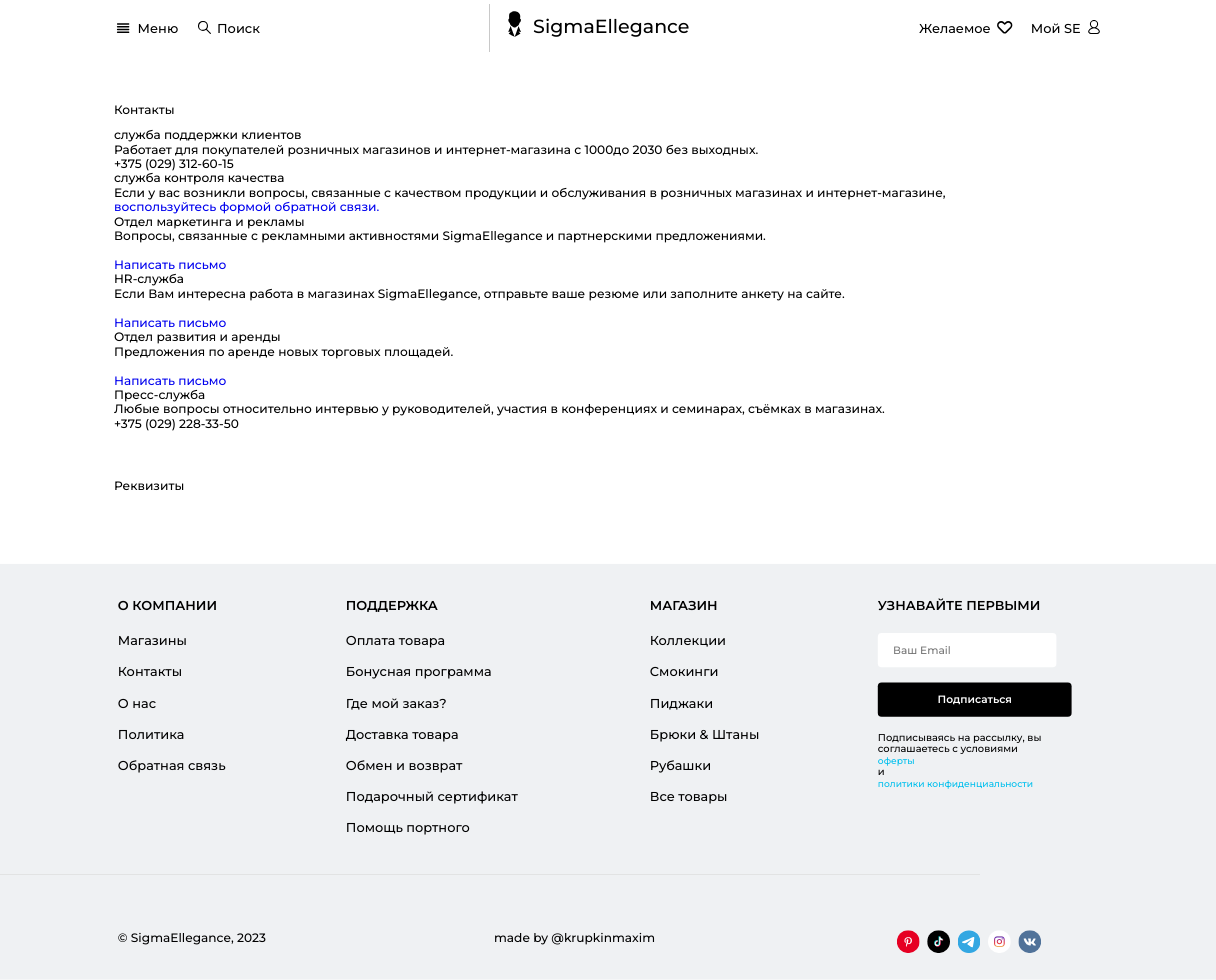
Repository: MaksimKrupkin/SigmaEllegance
Page: /contacts
An editor plug-in stored every save of this project. The page is shown before and after the next save, followed by the edit.
The browser window is 1280 px wide. The page is 1600 px wide, so the pictures cover 1600 px, including what lies to the right of the window. The pictures show the whole page, at 76% of full size.
Some web fonts or font styles are not loaded; a fallback is used. The project was rebuilt for these pictures with package versions that can differ from the ones it lists, and the page was loaded fresh each time. Also part of the build but not shown: src/Components/SideBar/SideBar.module.css, src/Components/SideBar/SideBar.jsx, src/Pages/HomePage.module.css, src/Components/SliderWrapper/SliderWrapper.module.css, src/Components/SliderCard/SliderCard.module.css, src/Components/SliderCard/SliderCard.jsx, src/Components/LeftArrow/LeftArrow.module.css, src/Components/LeftArrow/LeftArrow.jsx and 25 more.

Above is the page before, as saved 2023-12-18 17:09:17.

After the next save:
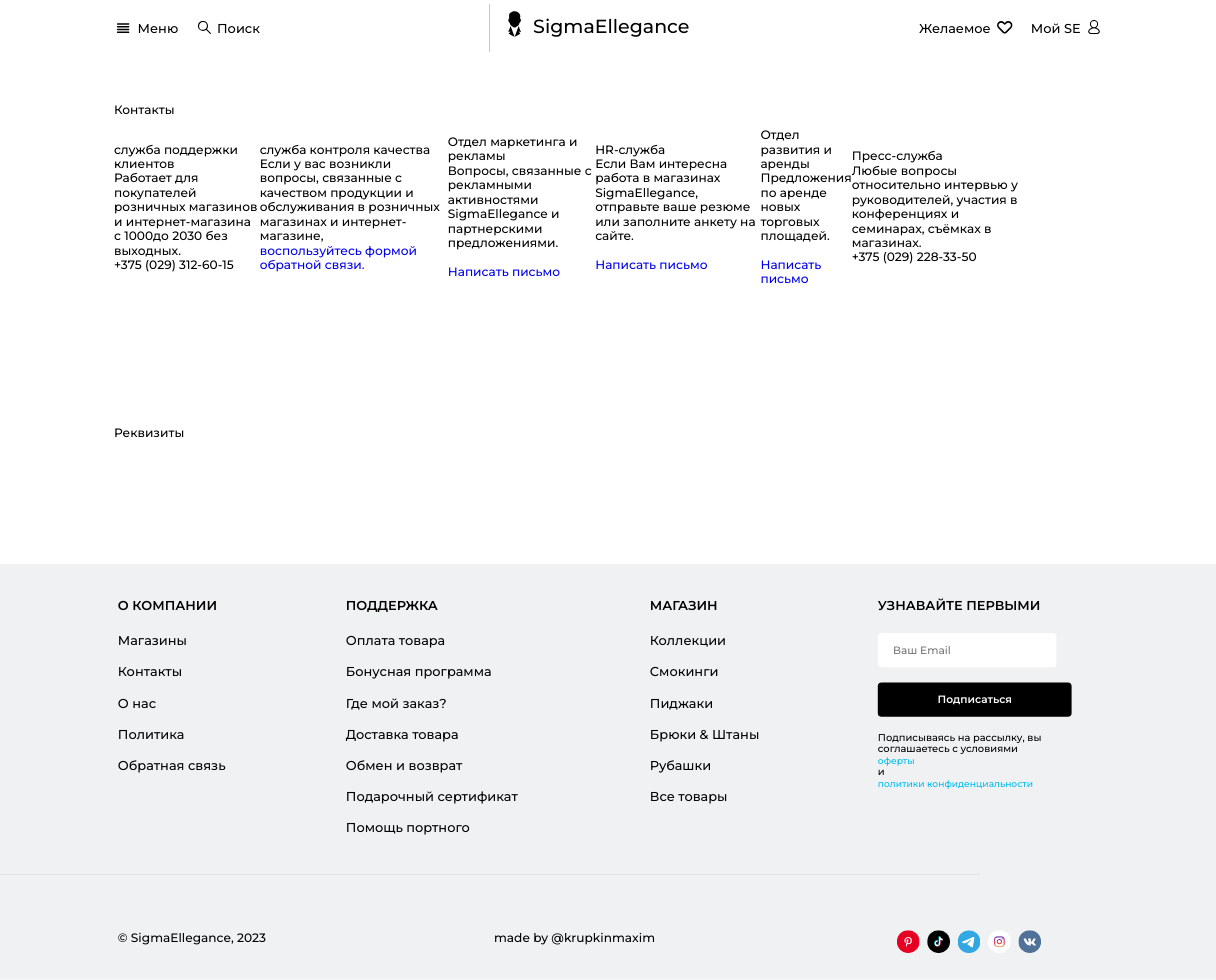
Saved 47 s later.
--- a/src/Pages/Contacts/Contacts.module.css
+++ b/src/Pages/Contacts/Contacts.module.css
@@ -9,3 +9,8 @@
   justify-content: space-between;
   gap: 50px;
 }
+.paragraphs {
+  display: flex;
+  justify-content: space-between;
+  align-items: center;
+}

After the save that followed:
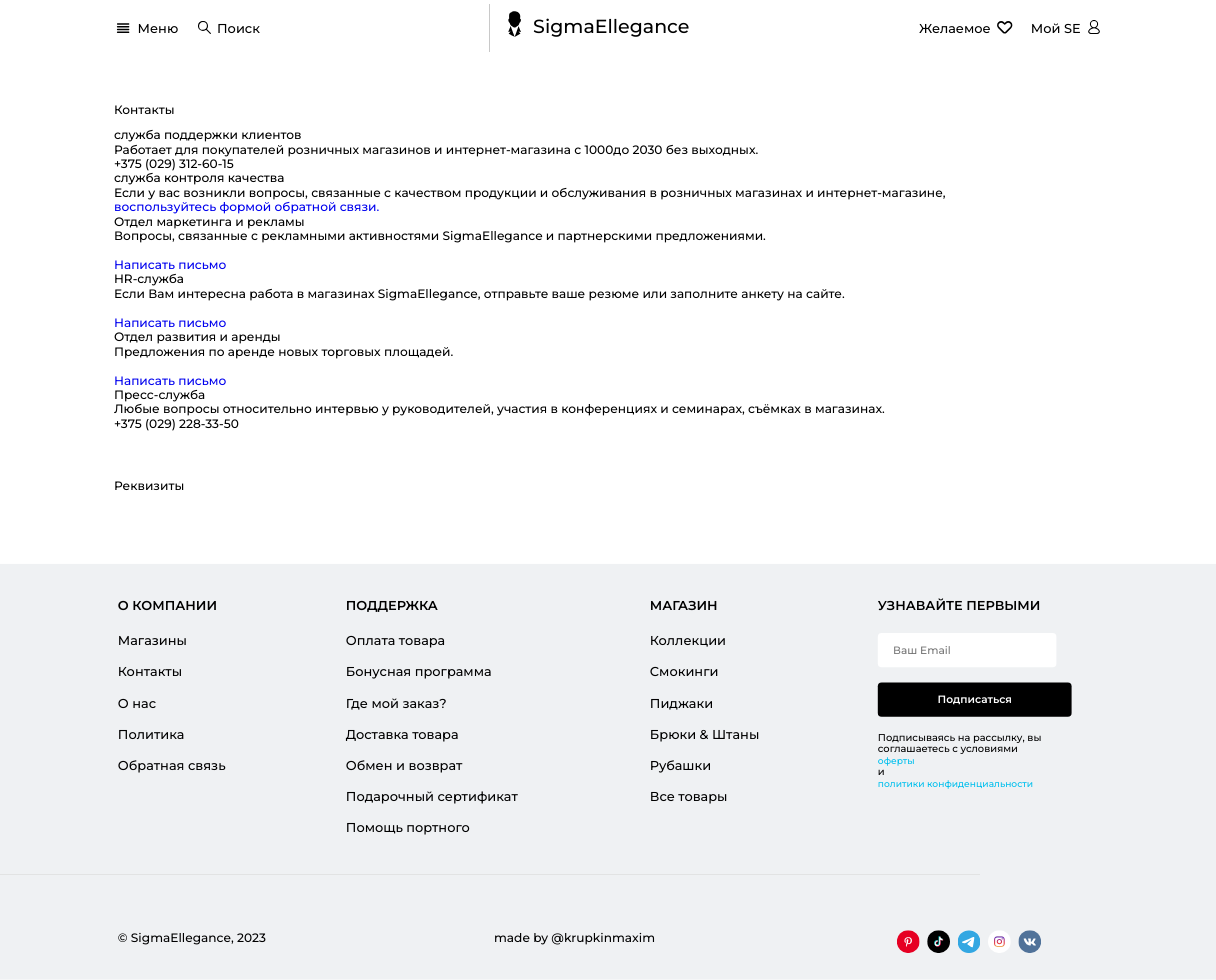
Saved 10 s later.
--- a/src/Pages/Contacts/Contacts.module.css
+++ b/src/Pages/Contacts/Contacts.module.css
@@ -13,4 +13,5 @@
   display: flex;
   justify-content: space-between;
   align-items: center;
+  flex-wrap: wrap;
 }
